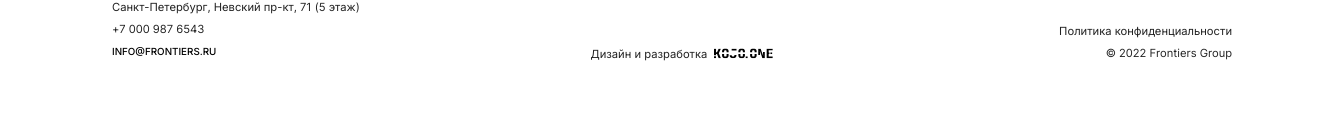
Repository: NadyaKorvin/frontiers
Page: /
An editor plug-in stored every save of this project. The page is shown before and after the next save, followed by the edit.
The browser window is 1280 px wide. The page is 1920 px wide, so the pictures cover 1920 px, including what lies to the right of the window. The pictures show the part of the page from y = 2496 to 3776 px (the page is 2665 px tall before and 4825 px after), at 70% of full size.
The project was rebuilt for these pictures with package versions that can differ from the ones it lists, and the page was loaded fresh each time.

Above is the page before, as saved 2022-05-23 15:30:02.

After the next save:
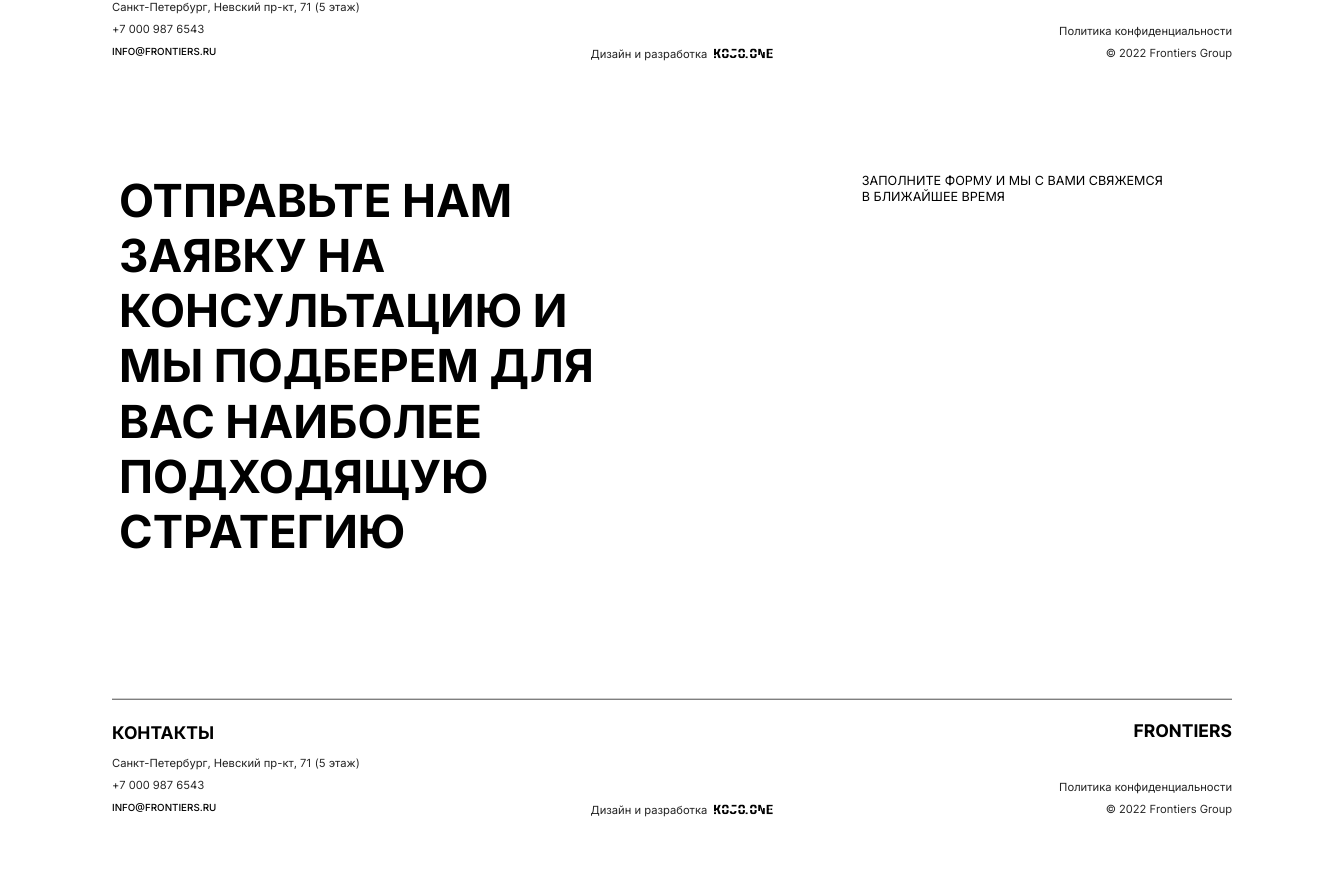
Saved 8 min 40 s later.
--- a/src/App.js
+++ b/src/App.js
@@ -20,6 +20,8 @@ function App() {
         <SecondScreenAnimation listenMousePosition={listenUpperMousePosition} />
       </div>
       <LastScreenAnimation />
+      <LastScreenAnimation />
+      <LastScreenAnimation />
     </>
   );
 }

After the save that followed:
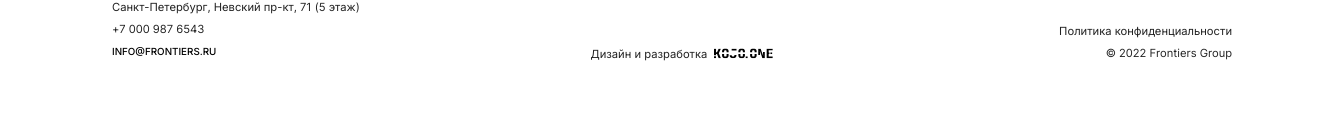
Saved 20 s later.
--- a/src/App.js
+++ b/src/App.js
@@ -20,8 +20,6 @@ function App() {
         <SecondScreenAnimation listenMousePosition={listenUpperMousePosition} />
       </div>
       <LastScreenAnimation />
-      <LastScreenAnimation />
-      <LastScreenAnimation />
     </>
   );
 }
